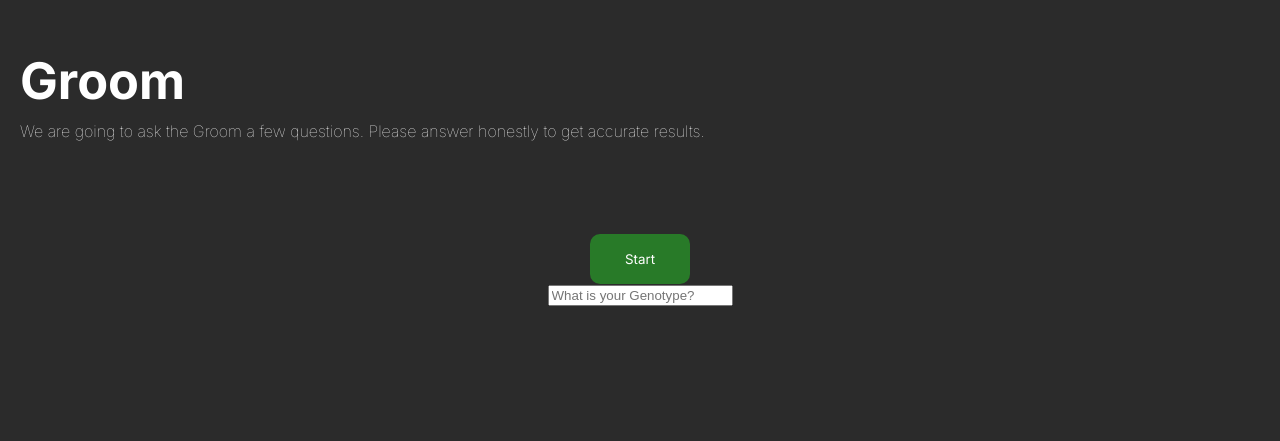
Repository: devhabeeblateef/tictactoe
Page: /
An editor plug-in stored every save of this project. The page is shown before and after a run of saves, followed by the edit.
The browser window is 1280 px wide. The pictures show the whole page.
The project was rebuilt for these pictures with package versions that can differ from the ones it lists, and the page was loaded fresh each time. Also part of the build but not shown: src/App.css, src/Myform.js.

Above is the page before, as saved 2022-06-17 02:20:43.

After the next 3 saves:
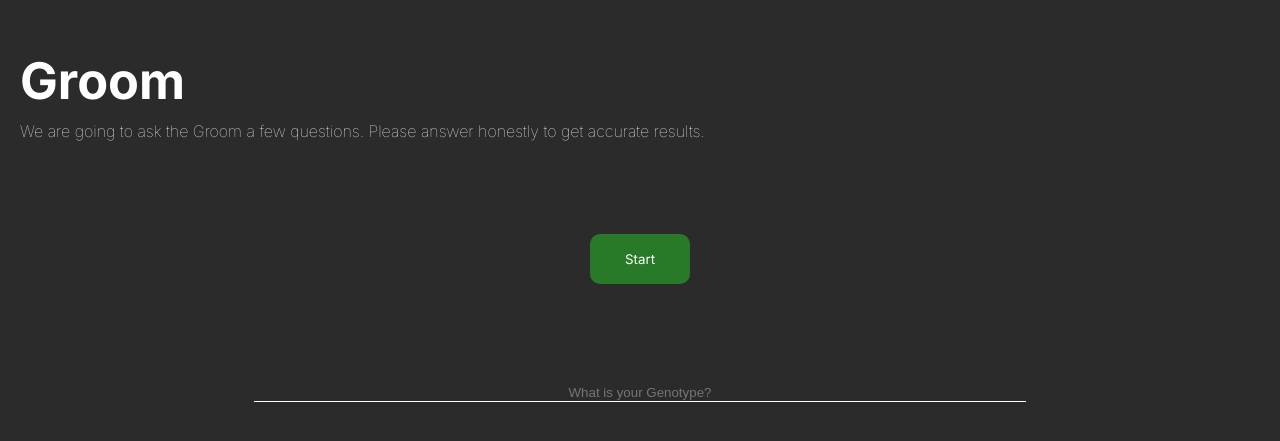
The 3 saves are shown as one change because 2 did not build or start.
The last was saved 21 s later.
--- a/src/Form.js
+++ b/src/Form.js
@@ -24,7 +24,9 @@ function Form() {
         {started ? <button onClick={start} className={classes.start}>
         Start</button> : ""}<br/>
 
-        <input placeholder={maleQuestions[0]}/>
+        <input placeholder={maleQuestions[0]} className={classes.questions}
+
+        />
         </center>
     </div>
   )
